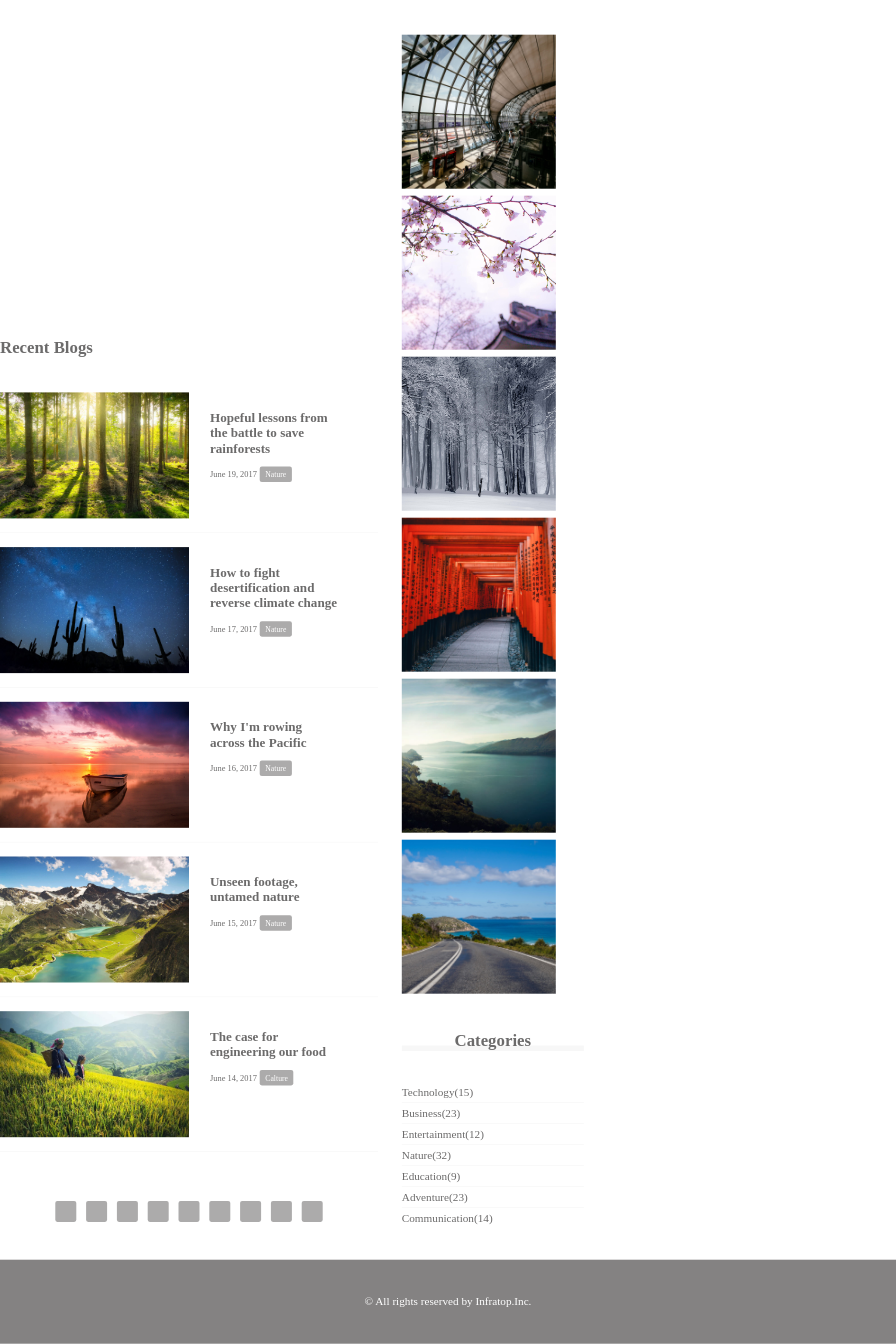
Repository: 220416/kadai1
Page: caravan/index.html
The author's editor kept a record of every edit. The page is drawn from the files as they stood at one moment, then again after the next edit.
The browser window is 1280 px wide. The pictures show the part of the page from y = 831 to 2751 px (the page is 2751 px tall), at 70% of full size.

Above is the page before.

After the next edit:
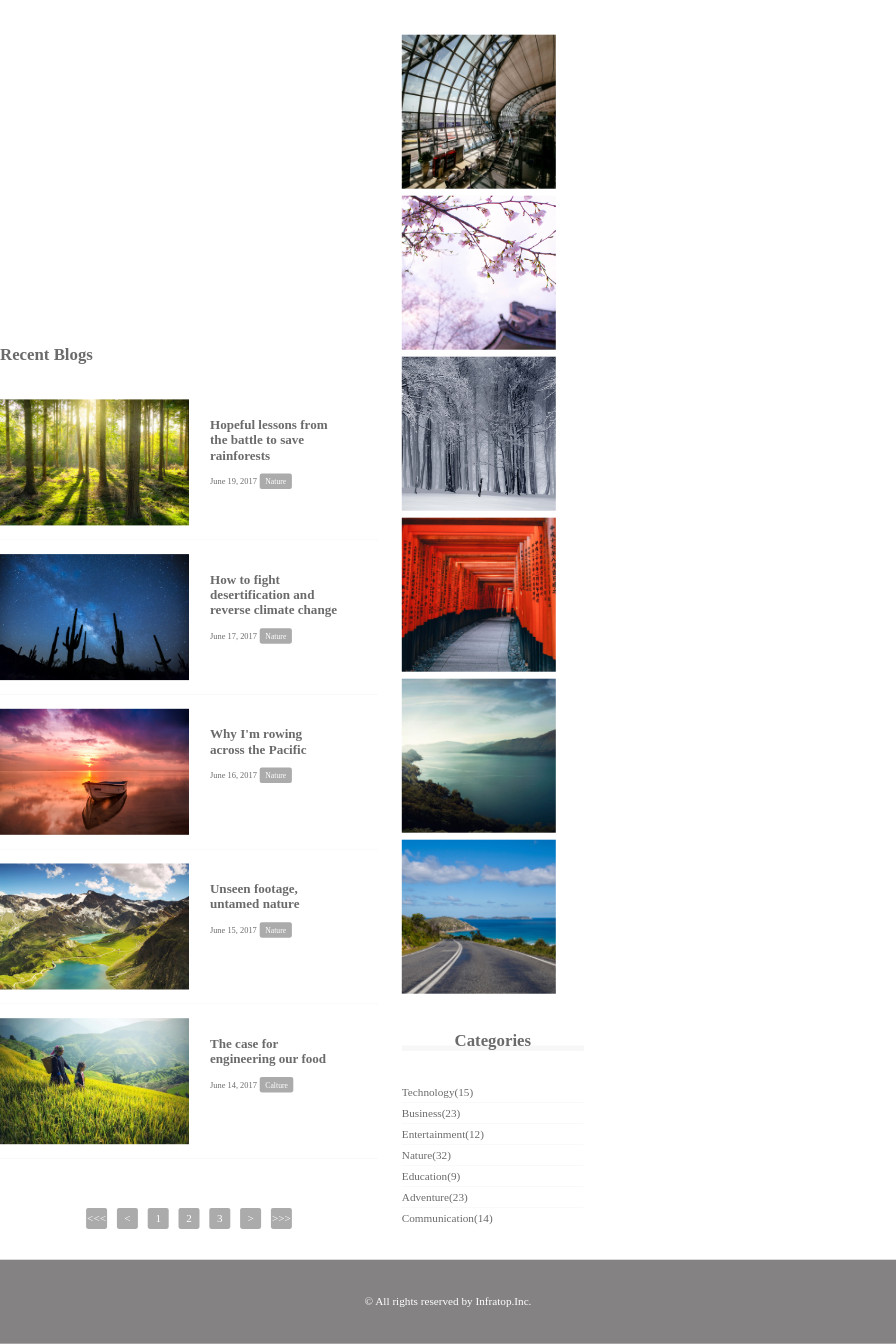
The edit:
--- a/caravan/index.html
+++ b/caravan/index.html
@@ -112,15 +112,13 @@
           </div>
         </div>
         <div class="pagination">
-          <p></p>
-          <p></p>
-          <p></p>
-          <p></p>
-          <p></p>
-          <p></p>
-          <p></p>
-          <p></p>
-          <p></p>
+          <p><<<</p>
+          <p><</p>
+          <p>1</p>
+          <p>2</p>
+          <p>3</p>
+          <p>></p>
+          <p>>>></p>
         </div>
       </section>
 
